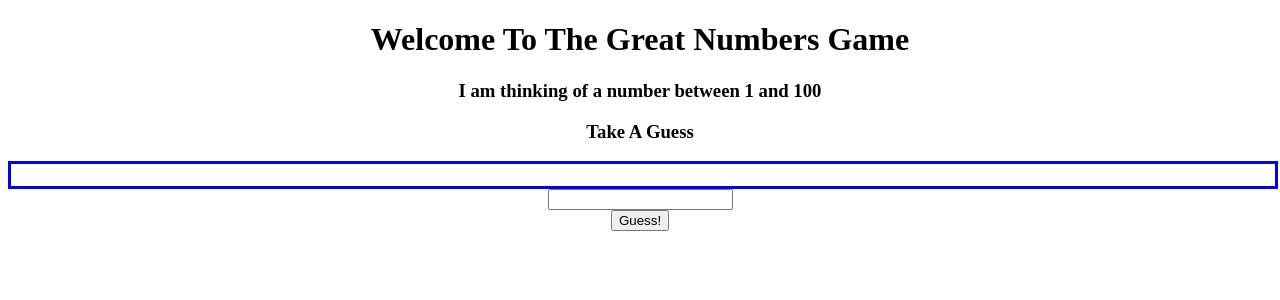
Repository: a-rydzak/Java
Page: http://localhost/GNumbers/Home
The author's editor kept a copy of each file at every save. The page is drawn from the files as they stood at one save, then again after the next save.
The browser window is 1280 px wide. The pictures show the whole page.
The page is served by Tomcat 9. Other server files are loaded and not shown.

Above is the page before, as saved 2019-07-15 14:07:31.

### Java MVC/Great Number Game/GNumbers/WebContent/WEB-INF/views/Home.jsp
<%@ taglib prefix="c" uri="http://java.sun.com/jsp/jstl/core" %>
<%@ page language="java" contentType="text/html; charset=UTF-8"
    pageEncoding="UTF-8"%>
<%@ taglib prefix="c" uri="http://java.sun.com/jsp/jstl/core" %>
<!DOCTYPE html>
<html>
<head>
	<meta charset="ISO-8859-1">
	<title>Great Number Game</title>
	<style><%@include file="/WEB-INF/css/Home.css"%></style>
</head>
<body>

	<div id="container">
		<h1>Welcome To The Great Numbers Game</h1>
		<h3>I am thinking of a number between 1 and 100</h3>
		<h3>Take A Guess</h3>

	<div id="resultContainer">
	<c:choose>
	   <c:when test="${result =='high'}"><h1 class="incorrect">Too High</h1></c:when>
	   <c:when test="${result =='low'}"><h1 class="incorrect">Too Low</h1></c:when>
	   <c:when test="${result =='correct'}" ><h1 id="correct">You Got It!</h1></c:when>
	   <c:otherwise><h1></h1></c:otherwise>
	</c:choose>
	</div>

		<div class="submitForm">
	      <form name="submitForm" method="POST" action="Guess">
	         <input type="number" name="guess" required>
	         <br>
	         <input type = "submit" value = "Guess!" />
	      </form>
		</div>
	</div>

</body>
</html>

### Java MVC/Great Number Game/GNumbers/WebContent/WEB-INF/css/Home.css
@charset "ISO-8859-1";

#container{
	width:100%;
	text-align:center;
}

#resultContainer{
	border-style:solid;
	border-color:blue;
	width:100%;
	align-content:center;
	text-align:center;
}

.incorrect{
	vertical-align:middle;
	margin:auto;
	width:100px;
	height:100px;
	background-color: red;
}

#correct{
	vertical-align:middle;
	margin:auto;
	width:100px;
	height:100px;
	background-color: green;
}

### Java MVC/Great Number Game/GNumbers/src/com/andrew/rydzak/web/controllers/Home.java
package com.andrew.rydzak.web.controllers;

import java.io.IOException;

import javax.servlet.RequestDispatcher;
import javax.servlet.ServletException;
import javax.servlet.annotation.WebServlet;
import javax.servlet.http.HttpServlet;
import javax.servlet.http.HttpServletRequest;
import javax.servlet.http.HttpServletResponse;
import javax.servlet.http.HttpSession;
import com.andrew.rydzak.web.models.Number;
/**
 * Servlet implementation class Home
 */
@WebServlet("/Home")
public class Home extends HttpServlet {
	private static final long serialVersionUID = 1L;

    /**
     * @see HttpServlet#HttpServlet()
     */
    public Home() {
        super();
        // TODO Auto-generated constructor stub
    }

	/**
	 * @see HttpServlet#doGet(HttpServletRequest request, HttpServletResponse response)
	 */
	protected void doGet(HttpServletRequest request, HttpServletResponse response) throws ServletException, IOException {
		HttpSession session = request.getSession();
		Integer number = (Integer) session.getAttribute("number");

		if(number == null) {
			Number random = new Number();
			int randNum = random.getNumber();
			session.setAttribute("number", randNum);
			session.setAttribute("result", "none");
		}

		request.setAttribute("result", session.getAttribute("result"));
		System.out.println(session.getAttribute("result"));
        RequestDispatcher view = request.getRequestDispatcher("/WEB-INF/views/Home.jsp");
        view.forward(request, response);
	}

	/**
	 * @see HttpServlet#doPost(HttpServletRequest request, HttpServletResponse response)
	 */
	protected void doPost(HttpServletRequest request, HttpServletResponse response) throws ServletException, IOException {
		// TODO Auto-generated method stub
		doGet(request, response);
	}

}

### Java MVC/Great Number Game/GNumbers/src/com/andrew/rydzak/web/models/Number.java
package com.andrew.rydzak.web.models;

public class Number {

	private int number;

	public Number() {
		this.number = this.setNumber();
	}

	private int setNumber() {
		int num = (int) (Math.floor(Math.random() * 10) + 1);
		return num;
	}

	public int getNumber() {
		return this.number;
	}

}

After the next save:
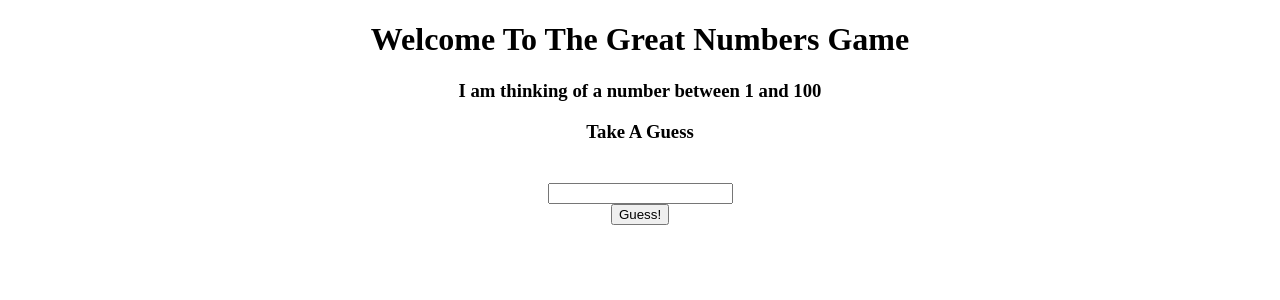
Saved 21 s later.
--- a/Java MVC/Great Number Game/GNumbers/WebContent/WEB-INF/css/Home.css
+++ b/Java MVC/Great Number Game/GNumbers/WebContent/WEB-INF/css/Home.css
@@ -6,8 +6,6 @@
 }
 
 #resultContainer{
-	border-style:solid;
-	border-color:blue;
 	width:100%;
 	align-content:center;
 	text-align:center;
